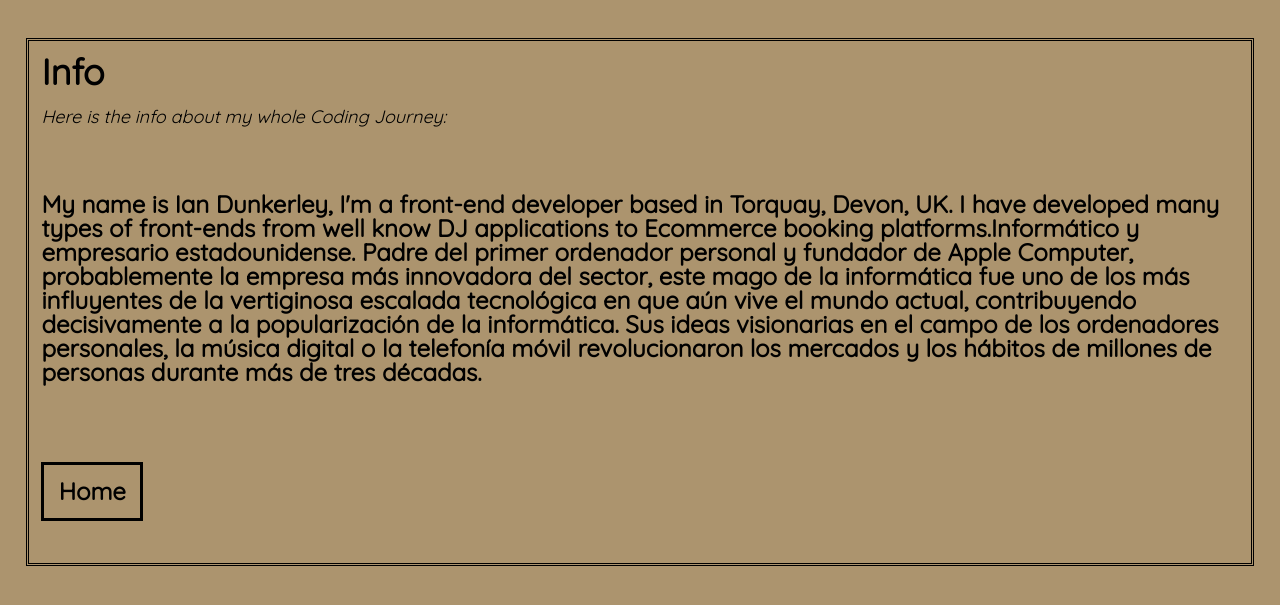
Repository: rickypcyt/ricky-react-portfolio
Page: /Info
An editor plug-in stored every save of this project. The page is shown before and after the next save, followed by the edit.
The browser window is 1280 px wide. The pictures show the whole page.
The project was rebuilt for these pictures with package versions that can differ from the ones it lists, and the page was loaded fresh each time. Also part of the build but not shown: src/Content.js, src/pages/Projects.js, src/pages/Contact.js, src/pages/WebMural.js, src/pages/NotesJS.js.

Above is the page before, as saved 2022-09-12 15:09:40.

### src/index.js
import React from "react";
import ReactDOM from "react-dom/client";
import "./index.css";
import App from "./App";
import reportWebVitals from "./reportWebVitals";
import { BrowserRouter, Routes, Route, Switch } from "react-router-dom";

const root = ReactDOM.createRoot(document.getElementById("root"));
root.render(
  <React.StrictMode>
    <BrowserRouter>
      <App />
    </BrowserRouter>
  </React.StrictMode>
);

// If you want to start measuring performance in your app, pass a function
// to log results (for example: reportWebVitals(console.log))
// or send to an analytics endpoint. Learn more: https://bit.ly/CRA-vitals
reportWebVitals();

### src/index.css
@import url("https://fonts.googleapis.com/css2?family=Quicksand");

input[type="file"] {
  display: none;
}
.container {
  top: 0%;
  left: 0%;
}
::marker {
  display: none;
}
.image-container {
  width: 100%;
  margin: auto;
  display: flex;
  flex-direction: row;
  justify-content: space-evenly;
  gap: 15px;
  padding: 10px;
}
body {
  line-height: 1;
  font-family: "Quicksand";
  font-size: large;
  margin: 2%;
  padding: 1%;
  border-style: double;
  margin-top: 3%;
  background: #ac946e;
}
ol {
  list-style: none;
  display: flex;
  padding: 0;
  justify-content: space-between;
  align-items: flex-start;
  display: flex;
  flex-wrap: wrap;
  align-content: center;
}
.content {
  position: absolute;
  right: calc(var(--pad) * 2);
  bottom: calc(var(--pad) * 2);
  white-space: nowrap;
}
.parrafo {
  line-height: 1.5;
  text-align: end;
  font-size: larger;
}
.parrafo span {
  display: block;
}
.titulo {
  margin: 0;
}
.oli {
  font-weight: bold;
  border-style: solid;
  font-size: x-large;
  padding: 1ch;
}
.descripcion {
  font-weight: lighter;
  font-style: oblique;
}
.oli:hover {
  color: black;
  border-style: dotted;
}
.page {
  padding-top: 2%;
  padding-bottom: 3%;
}
.pageContact {
  padding-top: 8%;
  padding-bottom: 9%;
}
.cabeceranavi {
  padding-bottom: 1%;
}
p {
  font-weight: bold;
}
a {
  color: black;
  text-decoration: none;
  padding: 0ch;
}
span {
  font-size: larger;
}
li {
  width: 7%;
  height: 10%;
}
ul {
  list-style-type: none;
  margin: 0%;
  display: flex;
  align-items: center;
  flex-direction: row;
  padding-top: 5%;
  padding-bottom: 5%;
  padding-left: 0%;
  justify-content: space-around;
}
.imagenes {
  display: block;
  height: auto;
  width: auto;
  padding-top: 5%;
  padding-bottom: 5%;
}

.imagenesproyect {
  position: relative;
}
.fixer {
  display: flex;
  flex-direction: row;
  justify-content: space-evenly;
  padding-bottom: 3%;
}
.overlay {
  position: absolute;
  top: 0.83cm;

  background: rgb(0, 0, 0);
  background: rgb(2, 0.3, 0.9, 0.6); /* Black see-through */
  color: #f1f1f1;
  width: 100%;
  transition: 0.5s ease;
  color: white;
  text-align: center;
  font-size: 20px;
  padding-top: 20px;
  padding-bottom: 20px;
  opacity: 0;
}
.imagenesproyect:hover .overlay {
  opacity: 1;
}
.overlay2 {
  position: absolute;
  bottom: 8%;
  background: rgb(0, 0, 0);
  background: rgba(40, 40, 40, 0.6); /* Black see-through */
  color: #f1f1f1;
  width: 100%;
  transition: 0.5s ease;
  color: white;
  text-align: center;
  font-size: 20px;
  padding-top: 20px;
  padding-bottom: 20px;
  opacity: 0;
}
.imagenesproyect:hover .overlay2 {
  opacity: 1;
}

.homeinfo {
  font-size: x-large;
}

@media screen and (max-width: 1340px) {
  .fixer {
    flex-direction: column;
    justify-content: center;
  }
  .imagenes {
    height: auto;
    width: 100%;
  }
  ol {
  }
}

.image-container {
  width: auto;
  margin: auto;
  /* display: flex; */
  flex-wrap: wrap;
  gap: 15px;
  padding: 10px;
}

.image-container img {
  max-width: 100%;
  max-height: 225px;
}

.container .image-container .image {
  border: 4px solid black;
  overflow: hidden;
  /* cursor: pointer; */
}

.container .image-container .image img {
  height: 100%;
  width: 100%;
}
@media (max-width: 700px) {
  .image-container img {
    max-height: -10px;
  }
}

.image:hover {
  transform: scale(1.15); /* (150% zoom - Note: if the zoom is too large, it will go outside of the viewport) */
}

### src/App.js
import Content from "./Content";
import Info from "./pages/Info";
import Projects from "./pages/Projects";
import Contact from "./pages/Contact";
import WebMural from "./pages/WebMural";
import NotesJS from "./pages/NotesJS";
import { Route, Routes, Switch } from "react-router-dom";

function App() {
  return (
    <>
      <Routes>
        <Route path="/" element={<Content />}/>
        <Route path="/Projects" element={<Projects />} />
        <Route path="/Info" element={<Info />} />
        <Route path="/Contact" element={<Contact />} />
        <Route path="/WebMural" element={<WebMural />} />
        <Route path="/NotesJS" element={<NotesJS />} />
      </Routes>
    </>
  );
}
export default App;

### src/pages/Info.js
import { Link, useMatch, useResolvedPath } from "react-router-dom";
export default function Info() {
  return (
    <main>
      <div id="Page">
        <div className="cabecera">
          <h1 className="titulo">Info </h1>
          <p className="descripcion">
            Here is the info about my whole Coding Journey:
          </p>
        </div>
        <div className="separador">
          <section className="page" style={{ display: "block", opacity: 1 }}>
            <div className="homeinfo">
              <p>
                My name is Ian Dunkerley, I'm a front-end developer based in
                Torquay, Devon, UK. I have developed many types of front-ends
                from well know DJ applications to Ecommerce booking
                platforms.Informático y empresario estadounidense. Padre del
                primer ordenador personal y fundador de Apple Computer,
                probablemente la empresa más innovadora del sector, este mago de
                la informática fue uno de los más influyentes de la vertiginosa
                escalada tecnológica en que aún vive el mundo actual,
                contribuyendo decisivamente a la popularización de la
                informática. Sus ideas visionarias en el campo de los
                ordenadores personales, la música digital o la telefonía móvil
                revolucionaron los mercados y los hábitos de millones de
                personas durante más de tres décadas.
              </p>
            </div>
          </section>
          <nav className="cabeceranavi">
            <ol>
              <div className="oli">
                <CustomLink to="/">Home</CustomLink>
              </div>
            </ol>
          </nav>
        </div>
      </div>
    </main>
  );
}

function CustomLink({ to, children, ...props }) {
  const resolvedPath = useResolvedPath(to);
  const isActive = useMatch({ path: resolvedPath.pathname, end: true });
  return (
    <li className={isActive ? "active" : ""}>
      <Link to={to} {...props}>
        {children}
      </Link>
    </li>
  );
}

Loaded but not shown: public/index.html (common file); src/reportWebVitals.js (common file)

After the next save:
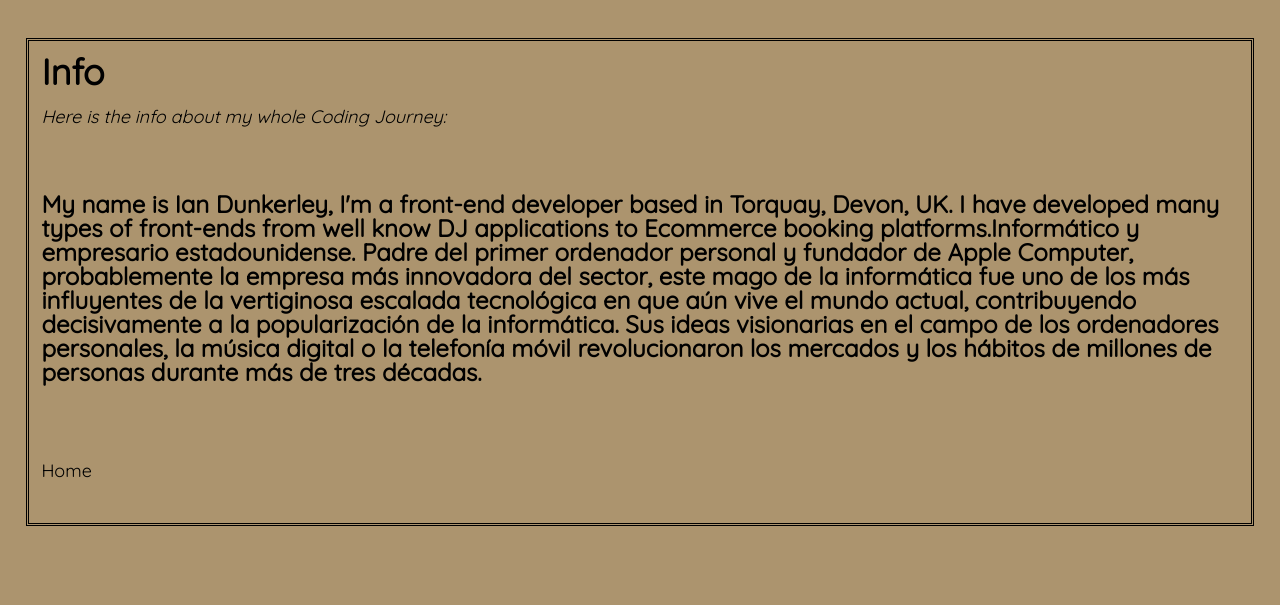
Saved 21 s later.
--- a/src/pages/Info.js
+++ b/src/pages/Info.js
@@ -31,7 +31,7 @@ export default function Info() {
           </section>
           <nav className="cabeceranavi">
             <ol>
-              <div className="oli">
+              <div >
                 <CustomLink to="/">Home</CustomLink>
               </div>
             </ol>
